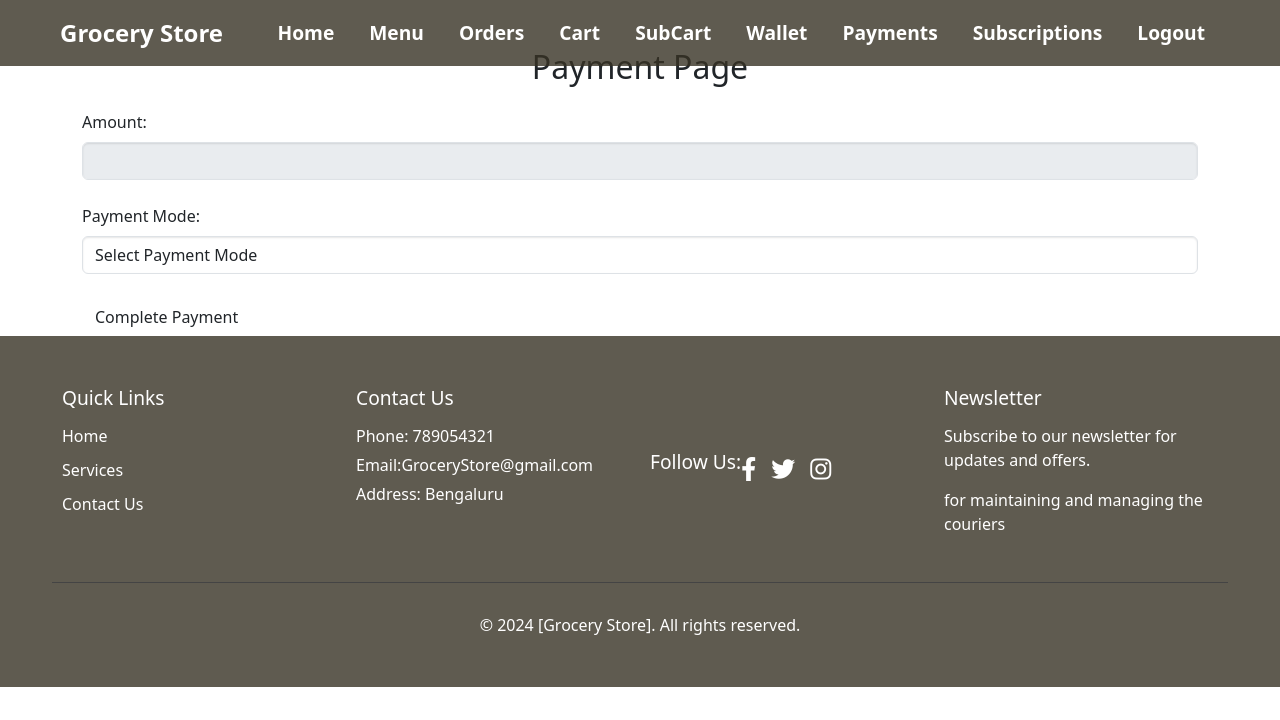
Repository: NagaMounikaY/GroceriesSubscriptionBookingManagement
Page: http://localhost/GroceriesSubBookingSystem/WEB-INF/views/payment.jsp
The author's editor kept a copy of each file at every save. The page is drawn from the files as they stood at one save, then again after the next save.
The browser window is 1280 px wide. The pictures show the whole page.
The page is served by Tomcat 9. Nobody is signed in. The template is opened directly, without the code that normally fills it, so the values that code supplies are empty.

Above is the page before, as saved 2024-09-16 10:49:46.

After the next save:
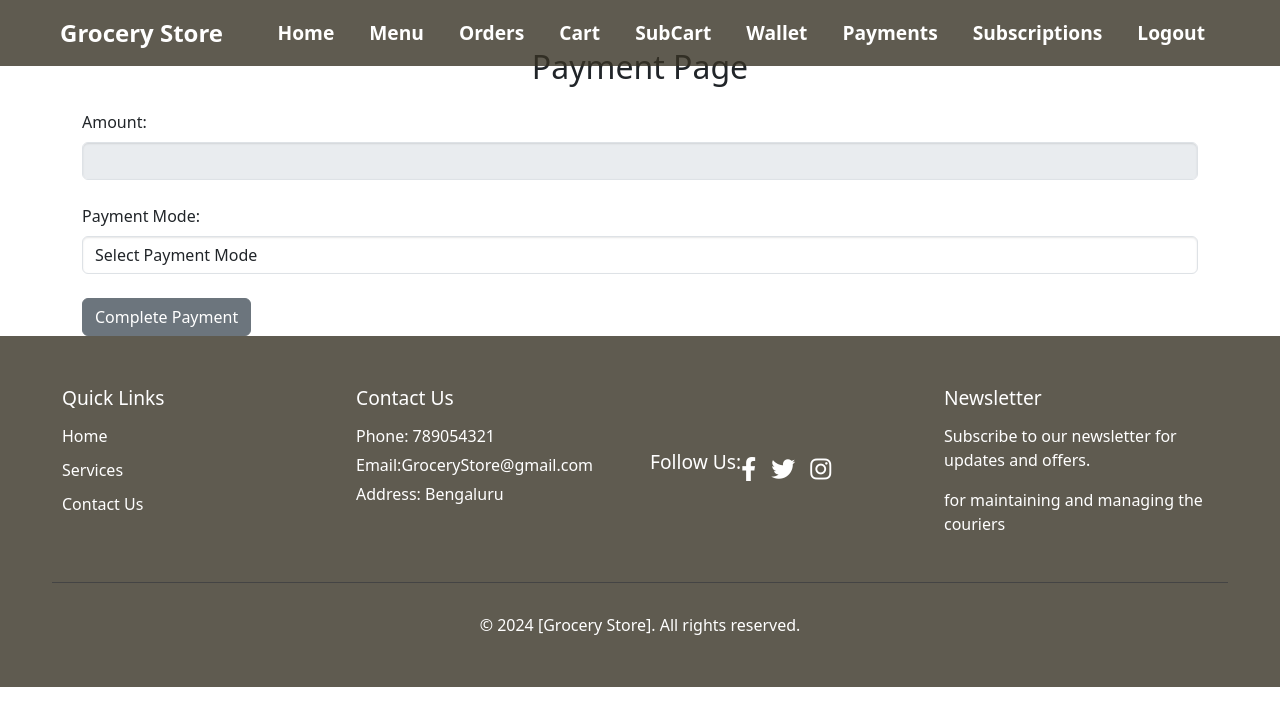
Saved 32 s later.
--- a/GroceriesSubBookingSystem/src/main/webapp/WEB-INF/views/payment.jsp
+++ b/GroceriesSubBookingSystem/src/main/webapp/WEB-INF/views/payment.jsp
@@ -108,7 +108,7 @@
                     <div id="cvv_number_error" class="error"></div>
                 </div>
             </div>
-            <button type="submit" class="btn btn-custom">Complete Payment</button>
+            <button type="submit" class="btn btn-secondary">Complete Payment</button>
         </form>
     </div>
     <!-- Footer Section -->
